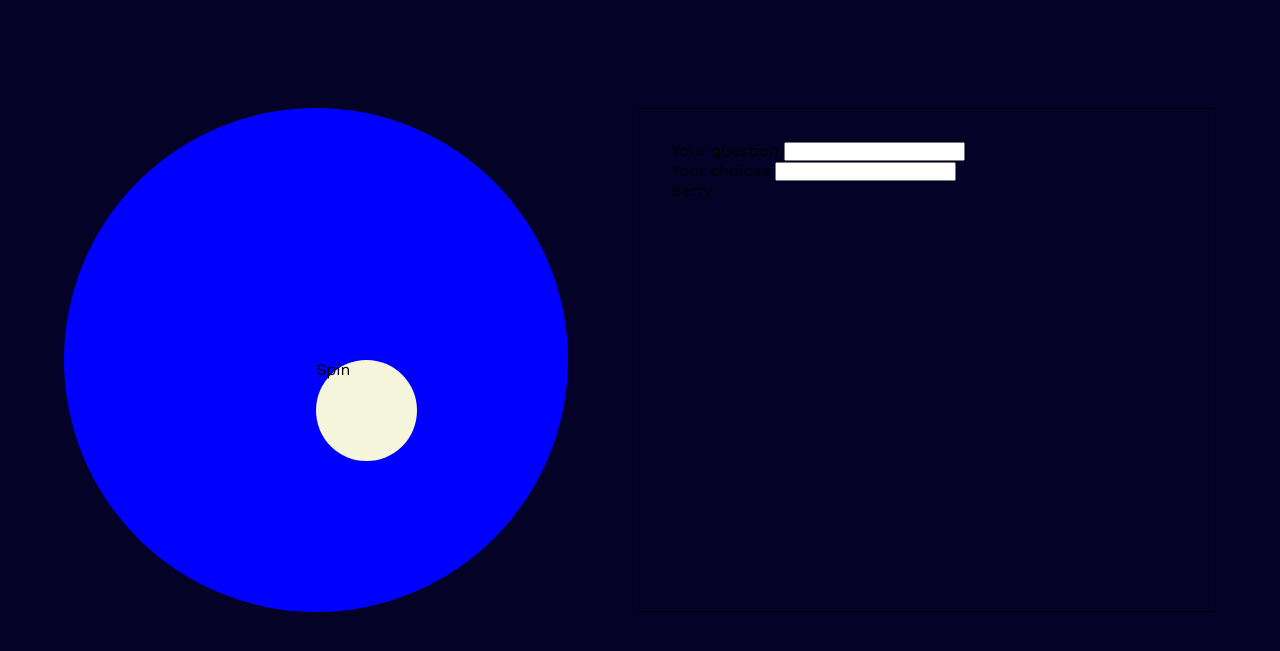
Repository: emiliaiwu/choice_wheel_spinner
Page: index.html
An editor plug-in stored every save of this project. The page is shown before and after the next save, followed by the edit.
The browser window is 1280 px wide. The pictures show the whole page.

Above is the page before, as saved 2023-01-09 23:33:19.

### index.html
<!DOCTYPE html>
<html lang="en">
<head>
    <meta charset="UTF-8">
    <meta http-equiv="X-UA-Compatible" content="IE=edge">
    <meta name="viewport" content="width=device-width, initial-scale=1.0">
    <link rel="stylesheet" href="style.css">
    <title>Choice Picker</title>
</head>
<body>
    <div class="container">
        <div class="choice_picker_container">
            <div class="choice_picker">
                <div class="circle">
                    <div class="spin">Spin</div>
                </div>
            </div>
            <div class="choice_details">
                <div class="question">
                    <label for="question">Your question</label>
                    <input type="text" name="question" id="question">
                </div>
                <div class="make_choices">
                    <label for="choices">Your choices</label>
                    <input type="text" name="choices" id="choices">
                </div>
                <div class="listed_choices">
                    <span class="choice">Berry</span>
                </div>
            </div>
        </div>
        <div class="picked_choice">

        </div>
    </div>
</body>
</html>

### style.css
@import url('https://fonts.googleapis.com/css2?family=Work+Sans:ital,wght@0,400;0,500;1,700&display=swap');

* {
    padding: 0;
    margin: 0;
    box-sizing: border-box;
}


body {
    background-color: rgb(5, 2, 40);
    font-family: 'Work Sans', sans-serif;
    max-width: 100vw;
    min-height: 100vh;
    display: flex;
    align-items: center;
    justify-content: center;
}

.container {
    padding: 5%;
}

.container,
.choice_picker {
    width: 100%;
    height: 100%;
}

.choice_picker_container {
    display: flex;
    align-items: flex-start;
    justify-content: space-between;
    gap: 2rem;
}

.circle {
    width: 70vmin;
    height: 70vmin;
    background-color: blue;
    border-radius: 50%;
    position: relative;
}

.spin {
    width: 20%;
    height: 20%;
    background-color: beige;
    position: absolute;
    border-radius: 50%;
    top: 50%;
    left: 50%;
    transform: translate();
}


.choice_details {
    border: 1px solid;
    padding: 2rem;
    height: 70vmin;
    width: 100%;
}

After the next save:
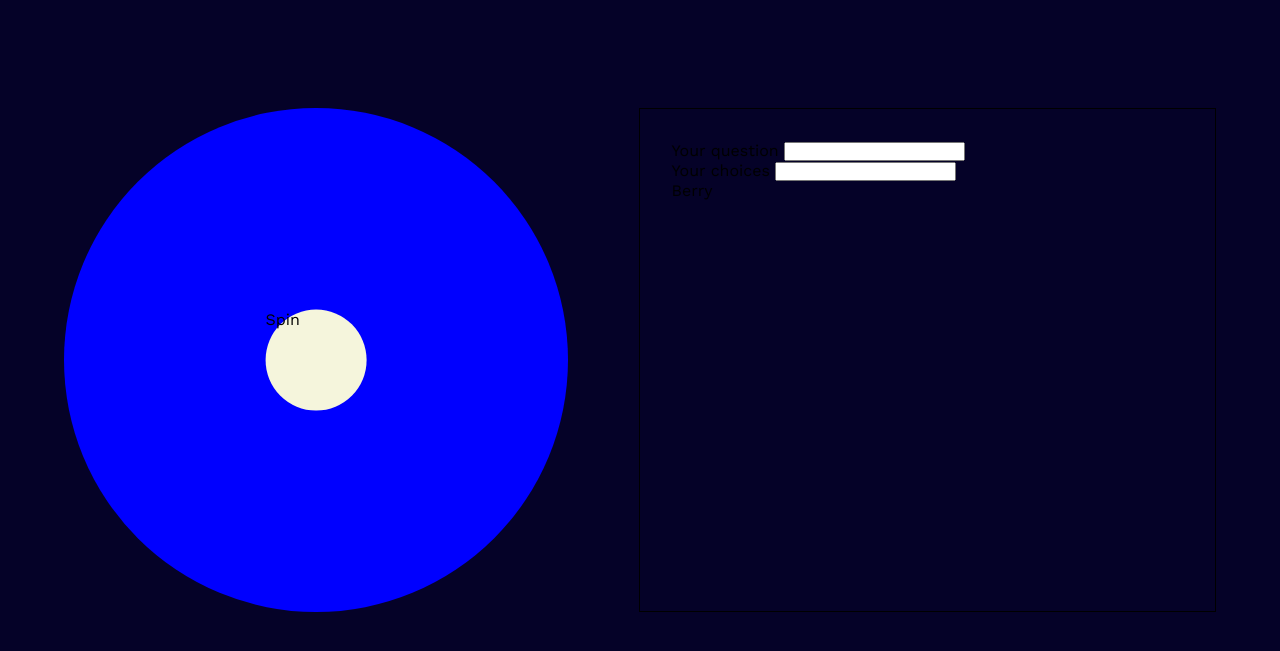
Saved 5 s later.
--- a/style.css
+++ b/style.css
@@ -50,7 +50,7 @@
     border-radius: 50%;
     top: 50%;
     left: 50%;
-    transform: translate();
+    transform: translate(-50%, -50%);
 }
 
 
